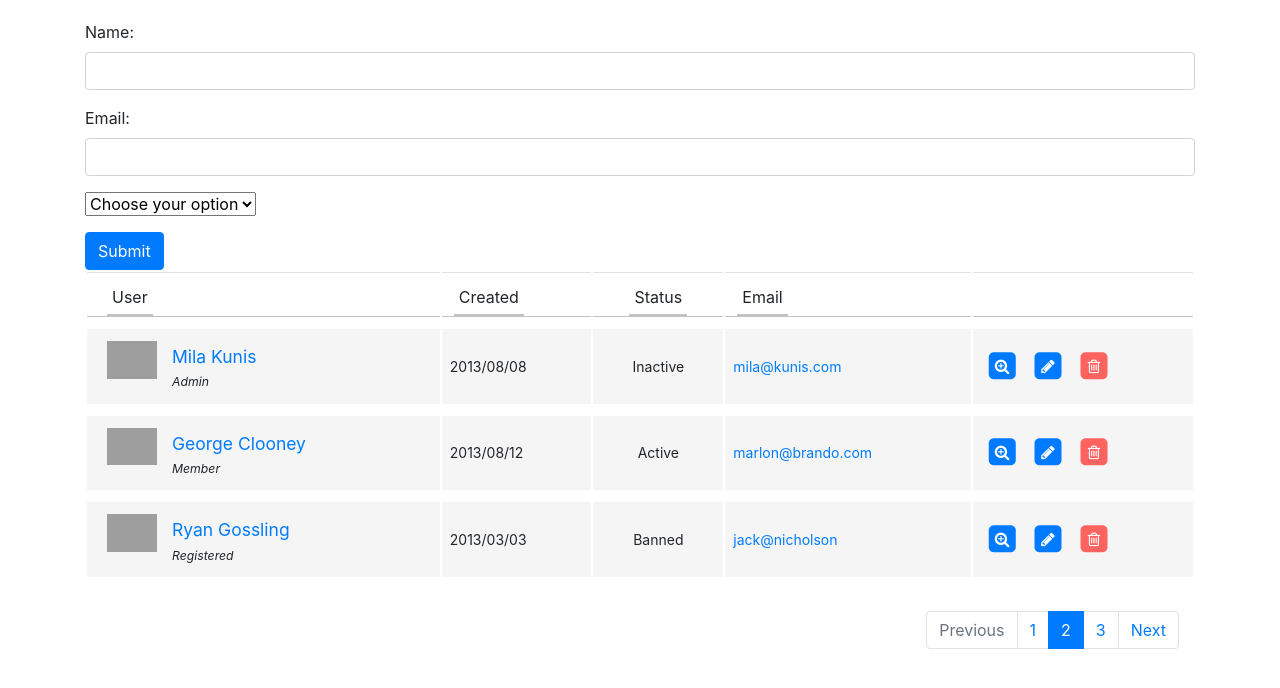
Repository: tienhoang123/Demo
Page: http://localhost/User/WEB-INF/views/home.jsp
These files come from the project's save history. The page is drawn as it stood at one moment and after the next save; the edit follows.
The browser window is 1280 px wide. The pictures show the whole page.
Pictures or frames that could not be fetched are drawn as grey boxes. Some web libraries are served in a nearby version. The page is served by Tomcat 9. Nobody is signed in. Other server files are loaded and not shown. The template is opened directly, without the code that normally fills it, so the values that code supplies are empty.

Above is the page before, as saved 2019-10-14 06:50:39.
Console error: TypeError: Cannot read properties of undefined (reading 'fn')

### DemoCrud/User/src/main/webapp/WEB-INF/views/home.jsp
<%@ page language="java" contentType="text/html; charset=UTF-8"
	pageEncoding="UTF-8"%><!DOCTYPE html>
<%@ taglib uri="http://java.sun.com/jsp/jstl/core" prefix="c"%>
<html>
<head>
<meta http-equiv="Content-Type" content="text/html; charset=UTF-8">
<title>Home</title>
<link
	href="https://maxcdn.bootstrapcdn.com/font-awesome/4.3.0/css/font-awesome.min.css"
	rel="stylesheet">
<link
	href="<c:url value='/resources/css/boostrapcss/bootstrap.min.css' />"
	rel="stylesheet" id="bootstrap-css">
<script
	src="<c:url value='/resources/js/bootstrapjs/bootstrap.min.js' />"></script>
<script
	src="https://ajax.googleapis.com/ajax/libs/jquery/3.4.1/jquery.min.js"></script>
<link href="<c:url value='/resources/css/home.css' />" rel="stylesheet">
</head>
<body>
	<div class="container">
		<div class="row">
			<div class="col-lg-12">
				<div class="main-box clearfix">
					<div class="table-responsive">
						<div class="form-group">
							<label for="usr">Name:</label> <input type="text"
								class="form-control" id="usr" name="username">
						</div>
						<div class="form-group">
							<label for="pwd">Email:</label> <input type="password"
								class="form-control" id="pwd" name="password">
						</div>
						<div class="form-group">
							<select class="mdb-select md-form">
								<option value="" disabled selected>Choose your option</option>
								<option value="5">5</option>
								<option value="10">10</option>
								<option value="15">15</option>
							</select>
						</div>

						<button type="submit" class="btn btn-primary">Submit</button>

						<table class="table user-list">
							<thead>
								<tr>
									<th><span>User</span></th>
									<th><span>Created</span></th>
									<th class="text-center"><span>Status</span></th>
									<th><span>Email</span></th>
									<th>&nbsp;</th>
								</tr>
							</thead>
							<tbody>
								<tr>
									<td><img
										src="https://bootdey.com/img/Content/avatar/avatar1.png"
										alt=""> <a href="#" class="user-link">Mila Kunis</a> <span
										class="user-subhead">Admin</span></td>
									<td>2013/08/08</td>
									<td class="text-center"><span class="label label-default">Inactive</span>
									</td>
									<td><a href="#">mila@kunis.com</a></td>
									<td style="width: 20%;"><a href="#" class="table-link">
											<span class="fa-stack"> <i
												class="fa fa-square fa-stack-2x"></i> <i
												class="fa fa-search-plus fa-stack-1x fa-inverse"></i>
										</span>
									</a> <a href="#" class="table-link"> <span class="fa-stack">
												<i class="fa fa-square fa-stack-2x"></i> <i
												class="fa fa-pencil fa-stack-1x fa-inverse"></i>
										</span>
									</a> <a href="#" class="table-link danger"> <span
											class="fa-stack"> <i class="fa fa-square fa-stack-2x"></i>
												<i class="fa fa-trash-o fa-stack-1x fa-inverse"></i>
										</span>
									</a></td>
								</tr>
								<tr>
									<td><img
										src="https://bootdey.com/img/Content/avatar/avatar2.png"
										alt=""> <a href="#" class="user-link">George Clooney</a>
										<span class="user-subhead">Member</span></td>
									<td>2013/08/12</td>
									<td class="text-center"><span class="label label-success">Active</span>
									</td>
									<td><a href="#">marlon@brando.com</a></td>
									<td style="width: 20%;"><a href="#" class="table-link">
											<span class="fa-stack"> <i
												class="fa fa-square fa-stack-2x"></i> <i
												class="fa fa-search-plus fa-stack-1x fa-inverse"></i>
										</span>
									</a> <a href="#" class="table-link"> <span class="fa-stack">
												<i class="fa fa-square fa-stack-2x"></i> <i
												class="fa fa-pencil fa-stack-1x fa-inverse"></i>
										</span>
									</a> <a href="#" class="table-link danger"> <span
											class="fa-stack"> <i class="fa fa-square fa-stack-2x"></i>
												<i class="fa fa-trash-o fa-stack-1x fa-inverse"></i>
										</span>
									</a></td>
								</tr>
								<tr>
									<td><img
										src="https://bootdey.com/img/Content/avatar/avatar3.png"
										alt=""> <a href="#" class="user-link">Ryan Gossling</a>
										<span class="user-subhead">Registered</span></td>
									<td>2013/03/03</td>
									<td class="text-center"><span class="label label-danger">Banned</span>
									</td>
									<td><a href="#">jack@nicholson</a></td>
									<td style="width: 20%;"><a href="#" class="table-link">
											<span class="fa-stack"> <i
												class="fa fa-square fa-stack-2x"></i> <i
												class="fa fa-search-plus fa-stack-1x fa-inverse"></i>
										</span>
									</a> <a href="#" class="table-link"> <span class="fa-stack">
												<i class="fa fa-square fa-stack-2x"></i> <i
												class="fa fa-pencil fa-stack-1x fa-inverse"></i>
										</span>
									</a> <a href="#" class="table-link danger"> <span
											class="fa-stack"> <i class="fa fa-square fa-stack-2x"></i>
												<i class="fa fa-trash-o fa-stack-1x fa-inverse"></i>
										</span>
									</a></td>
								</tr>
							</tbody>
						</table>
					</div>
					<nav aria-label="...">
						<ul class="pagination justify-content-end mt-3 mr-3">
							<li class="page-item disabled"><span class="page-link">Previous</span>
							</li>
							<li class="page-item"><a class="page-link" href="#">1</a></li>
							<li class="page-item active"><span class="page-link">2<span
									class="sr-only">(current)</span>
							</span></li>
							<li class="page-item"><a class="page-link" href="#">3</a></li>
							<li class="page-item"><a class="page-link" href="#">Next</a>
							</li>
						</ul>
					</nav>


				</div>
			</div>
		</div>
	</div>
</body>
</html>

### DemoCrud/User/src/main/webapp/resources/css/home.css

body{margin-top:20px;}


/* USER LIST TABLE */
.user-list tbody td > img {
    position: relative;
	max-width: 50px;
	float: left;
	margin-right: 15px;
}
.user-list tbody td .user-link {
	display: block;
	font-size: 1.25em;
	padding-top: 3px;
	margin-left: 60px;
}
.user-list tbody td .user-subhead {
	font-size: 0.875em;
	font-style: italic;
}

/* TABLES */
.table {
    border-collapse: separate;
}
.table-hover > tbody > tr:hover > td,
.table-hover > tbody > tr:hover > th {
	background-color: #eee;
}
.table thead > tr > th {
	border-bottom: 1px solid #C2C2C2;
	padding-bottom: 0;
}
.table tbody > tr > td {
	font-size: 0.875em;
	background: #f5f5f5;
	border-top: 10px solid #fff;
	vertical-align: middle;
	padding: 12px 8px;
}
.table tbody > tr > td:first-child,
.table thead > tr > th:first-child {
	padding-left: 20px;
}
.table thead > tr > th span {
	border-bottom: 2px solid #C2C2C2;
	display: inline-block;
	padding: 0 5px;
	padding-bottom: 5px;
	font-weight: normal;
}
.table thead > tr > th > a span {
	color: #344644;
}
.table thead > tr > th > a span:after {
	content: "\f0dc";
	font-family: FontAwesome;
	font-style: normal;
	font-weight: normal;
	text-decoration: inherit;
	margin-left: 5px;
	font-size: 0.75em;
}
.table thead > tr > th > a.asc span:after {
	content: "\f0dd";
}
.table thead > tr > th > a.desc span:after {
	content: "\f0de";
}
.table thead > tr > th > a:hover span {
	text-decoration: none;
	color: #2bb6a3;
	border-color: #2bb6a3;
}
.table.table-hover tbody > tr > td {
	-webkit-transition: background-color 0.15s ease-in-out 0s;
	transition: background-color 0.15s ease-in-out 0s;
}
.table tbody tr td .call-type {
	display: block;
	font-size: 0.75em;
	text-align: center;
}
.table tbody tr td .first-line {
	line-height: 1.5;
	font-weight: 400;
	font-size: 1.125em;
}
.table tbody tr td .first-line span {
	font-size: 0.875em;
	color: #969696;
	font-weight: 300;
}
.table tbody tr td .second-line {
	font-size: 0.875em;
	line-height: 1.2;
}
.table a.table-link {
	margin: 0 5px;
	font-size: 1.125em;
}
.table a.table-link:hover {
	text-decoration: none;
	color: #2aa493;
}
.table a.table-link.danger {
	color: #fe635f;
}
.table a.table-link.danger:hover {
	color: #dd504c;
}

.table-products tbody > tr > td {
	background: none;
	border: none;
	border-bottom: 1px solid #ebebeb;
	-webkit-transition: background-color 0.15s ease-in-out 0s;
	transition: background-color 0.15s ease-in-out 0s;
	position: relative;
}
.table-products tbody > tr:hover > td {
	text-decoration: none;
	background-color: #f6f6f6;
}
.table-products .name {
	display: block;
	font-weight: 600;
	padding-bottom: 7px;
}
.table-products .price {
	display: block;
	text-decoration: none;
	width: 50%;
	float: left;
	font-size: 0.875em;
}
.table-products .price > i {
	color: #8dc859;
}
.table-products .warranty {
	display: block;
	text-decoration: none;
	width: 50%;
	float: left;
	font-size: 0.875em;
}
.table-products .warranty > i {
	color: #f1c40f;
}
.table tbody > tr.table-line-fb > td {
	background-color: #9daccb;
	color: #262525;
}
.table tbody > tr.table-line-twitter > td {
	background-color: #9fccff;
	color: #262525;
}
.table tbody > tr.table-line-plus > td {
	background-color: #eea59c;
	color: #262525;
}
.table-stats .status-social-icon {
	font-size: 1.9em;
	vertical-align: bottom;
}
.table-stats .table-line-fb .status-social-icon {
	color: #556484;
}
.table-stats .table-line-twitter .status-social-icon {
	color: #5885b8;
}
.table-stats .table-line-plus .status-social-icon {
	color: #a75d54;
}

Loaded but not shown: DemoCrud/User/src/main/webapp/resources/css/boostrapcss/bootstrap.min.css (library); DemoCrud/User/src/main/webapp/resources/js/boostrapjs/bootstrap.min.js (library)

After the next save:
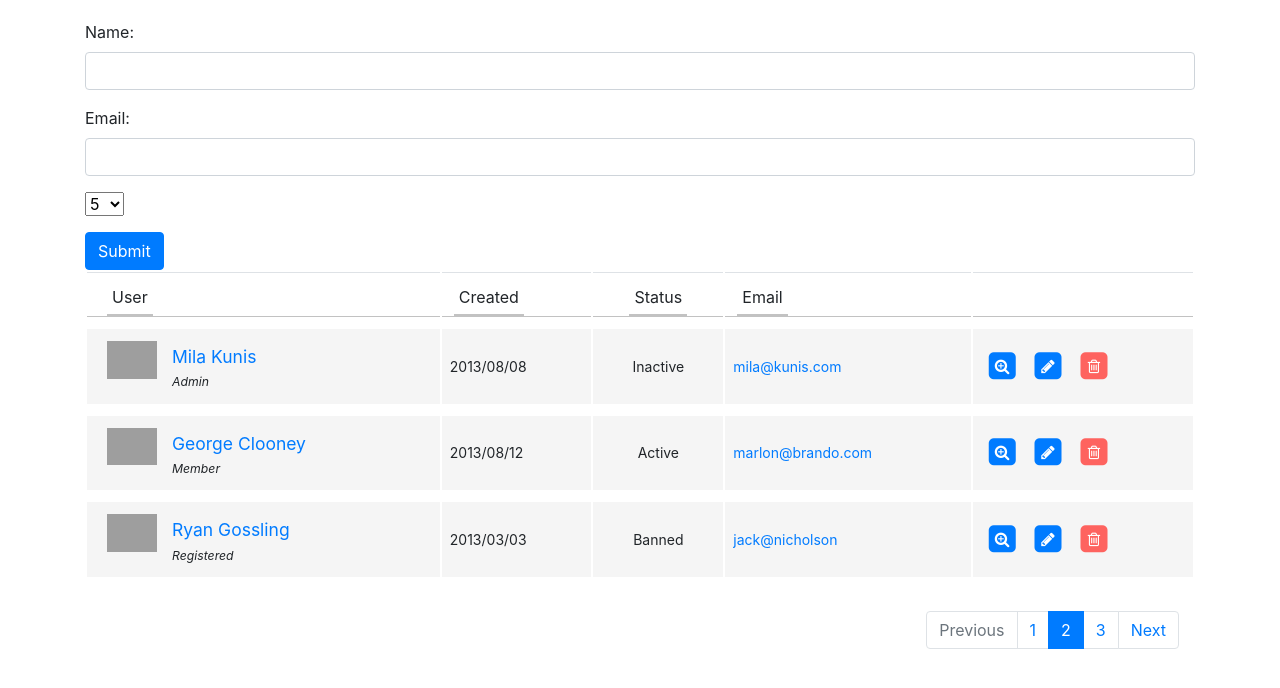
Saved 9 s later.
--- a/DemoCrud/User/src/main/webapp/WEB-INF/views/home.jsp
+++ b/DemoCrud/User/src/main/webapp/WEB-INF/views/home.jsp
@@ -33,7 +33,7 @@
 						</div>
 						<div class="form-group">
 							<select class="mdb-select md-form">
-								<option value="" disabled selected>Choose your option</option>
+
 								<option value="5">5</option>
 								<option value="10">10</option>
 								<option value="15">15</option>
